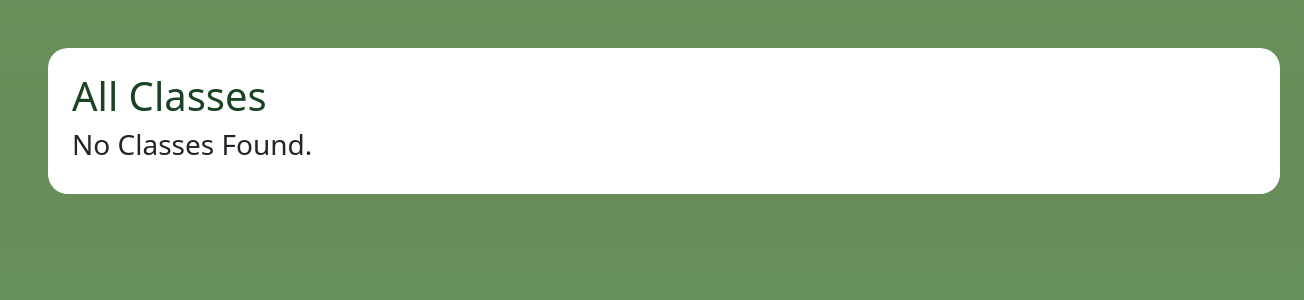
Repository: ronetteguevara/CalTech-ZumbaApp
Page: http://localhost/ZumbaApp/ViewClasses.jsp
The author's editor kept a copy of each file at every save. The page is drawn from the files as they stood at one save, then again after the next save.
The browser window is 1280 px wide. The page is 1304 px wide, so the pictures cover 1304 px, including what lies to the right of the window. The pictures show the whole page.
The page is served by Tomcat 10. Other server files are loaded and not shown. Queries for data that is not in the repository find no rows.

Above is the page before, as saved 2024-05-03 01:49:52.

### ZumbaApp/ZumbaApp/src/main/webapp/ViewClasses.jsp
<%@ page contentType="text/html;charset=UTF-8" language="java" %>
<%@ page import="java.util.ArrayList, com.zumbaapp.servlet.db.DB, com.zumbaapp.servlet.model.Classes" %>
<html>
<head>
    <title>All Classes</title>
<link rel="stylesheet" href="css/bootstrap.css"></link>
<link rel="stylesheet" href="style.css"></link>
</head>
<body class="gradient-background">

        <div class="my-4 mx-4 d-flex justify-content-center col-xl-12 col-lg-12 col-md-12 col-sm-12 col-12">
        <div class="container-fluid mx-4 my-4 px-4 py-4 justify-content-center" style="background-color: white; border-radius: 20px;">
        <h1 class="text-align: center;">All Classes</h1>

        <%
            DB db = new DB();
            ArrayList<Classes> zumbaClasses = db.fetchAllClasses();
            db.closeConnection();


            if (zumbaClasses != null && zumbaClasses.size() > 0) {
                out.print("<table class='table table-hover'>");
                out.print("<thead>");
                out.print("<tr>");
                out.print("<th scope='col'>ID</th>");
                out.print("<th scope='col'>Name</th>");
                out.print("<th scope='col'>Session</th>");
                out.print("<th scope='col'>Date</th>");
                out.print("<th scope='col'>Start Time</th>");
                out.print("<th scope='col'>End Time</th>");
                out.print("<th scope='col'>Location</th>");
                out.print("<th scope='col'>Actions</th>");
                out.print("</tr>");
                out.print("</thead>");
                out.print("<tbody>");


                for (Classes classes : zumbaClasses) {
                    out.print("<tr>");
                    out.print("<td>" + classes.id + "</td>");
                    out.print("<td>" + classes.name + "</td>");
                    out.print("<td>" + classes.session + "</td>");
                    out.print("<td>" + classes.date + "</td>");
                    out.print("<td>" + classes.startTime + "</td>");
                    out.print("<td>" + classes.endTime + "</td>");
                    out.print("<td>" + classes.location + "</td>");
                    out.print("<td><a href='DeleteClasses?id=" + classes.id + "'>Delete</a> | <a href='EditClass.jsp?id=" + classes.id + "'>Edit</a></td>");
                    out.print("</tr>");
                }
                out.print("</tbody>");
                out.print("</table>");
            } else {
                out.print("<h3>No Classes Found.</h3>");
            }

            out.print("</div>");
            out.print("</div>");
        %>

</body>
</html>

### ZumbaApp/ZumbaApp/src/main/java/com/zumbaapp/servlet/db/DB.java
package com.zumbaapp.servlet.db;

import java.sql.Connection;
import java.sql.DriverManager;
import java.sql.PreparedStatement;
import java.sql.ResultSet;
import java.util.ArrayList;

import com.zumbaapp.servlet.model.Classes;
import com.zumbaapp.servlet.model.Participant;

public class DB {

		Connection connection;
		PreparedStatement preparedStatement;

		public DB() {
			try {
				Class.forName("com.mysql.cj.jdbc.Driver");
				System.out.println("[DB] Driver Loaded");

				connection = DriverManager.getConnection("jdbc:mysql://127.0.0.1:3306/zumba_management", "root", "201155876");
				System.out.println("[DB] Connection created");
			}
			catch(Exception e) {
				System.out.println("Something went wrong: " + e);
			}
		}

		public void closeConnection() {
			try {
				connection.close();
				System.out.println("[DB] Connection to DB closed");
			}
			catch(Exception e) {
				System.out.println("Something went wrong: " + e);
			}
		}

		public int addClasses(Classes classes) {
			int result = 0;

			try {
			String sql = "INSERT INTO Classes VALUES (null, ?, ?, ?, ?, ?, ?)";
			preparedStatement = connection.prepareStatement(sql);
			preparedStatement.setString(1, classes.name);
			preparedStatement.setString(2, classes.session);
			preparedStatement.setString(3, classes.date);
			preparedStatement.setString(4, classes.startTime);
			preparedStatement.setString(5, classes.endTime);
			preparedStatement.setString(6, classes.location);

			result = preparedStatement.executeUpdate();

			}
			catch(Exception e) {
				System.out.println("Something went wrong: " + e);
			}
			return result;
		}

		public int addParticipant(Participant participant) {
			int result = 0;

			try {
			String sql = "INSERT INTO Participant VALUES (null, ?, ?, ?, ?, ?)";
			preparedStatement = connection.prepareStatement(sql);
			preparedStatement.setString(1, participant.firstName);
			preparedStatement.setString(2, participant.lastName);
			preparedStatement.setString(3, participant.email);
			preparedStatement.setString(4, participant.phone);
			preparedStatement.setString(5, participant.zumbaClass);

			result = preparedStatement.executeUpdate();

			}
			catch(Exception e) {
				System.out.println("Something went wrong: " + e);
			}
			return result;
		}

		public ArrayList<Classes> fetchAllClasses() {
			ArrayList<Classes> zumbaClasses = new ArrayList<>();
			try {
				String sql = "SELECT * FROM Classes";
				preparedStatement = connection.prepareStatement(sql);

				ResultSet set = preparedStatement.executeQuery();

				while(set.next()) {
					Classes classes = new Classes();
					classes.id = set.getInt(1);
					classes.name = set.getString(2);
					classes.session = set.getString(3);
					classes.date = set.getString(4);
					classes.startTime = set.getString(5);
					classes.endTime = set.getString(6);
					classes.location = set.getString(7);

					zumbaClasses.add(classes);

				}
			}
			catch(Exception e) {
				System.out.println("Something went wrong: " + e);

			}
			return zumbaClasses;
		}

		public ArrayList<Participant> fetchAllParticipants() {
			ArrayList<Participant> zumbaParticipants = new ArrayList<>();
			try {
				String sql = "SELECT * FROM Participant";
				preparedStatement = connection.prepareStatement(sql);

				ResultSet set = preparedStatement.executeQuery();

				while(set.next()) {
					Participant participant = new Participant();
					participant.id = set.getInt(1);
					participant.firstName = set.getString(2);
					participant.lastName = set.getString(3);
					participant.email = set.getString(4);
					participant.phone = set.getString(5);
					participant.zumbaClass = set.getString(6);

					zumbaParticipants.add(participant);
				}
			}
			catch(Exception e) {
				System.out.println("Something went wrong: " + e);

			}
			return zumbaParticipants;
		}

		public int deleteClasses(int id) {
			int result = 0;
			try {
				String sql = "DELETE FROM Classes WHERE id=?";
				preparedStatement = connection.prepareStatement(sql);
				preparedStatement.setInt(1, id);

				preparedStatement.executeUpdate();

				result = preparedStatement.executeUpdate();

			}
			catch(Exception e) {
				System.out.println("Something went wrong: " + e);
			}
			return result;
	}

		public int deleteParticipant(int id) {
			int result = 0;
			try {
				String sql = "DELETE FROM Participant WHERE id=?";
				preparedStatement = connection.prepareStatement(sql);
				preparedStatement.setInt(1, id);

				preparedStatement.executeUpdate();

				result = preparedStatement.executeUpdate();

			}
			catch(Exception e) {
				System.out.println("Something went wrong: " + e);
			}
			return result;
	}

		public Classes fetchClass(int id) {

			Classes classes = new Classes();

			try {
				String sql = "SELECT * FROM Classes WHERE id=?";
				preparedStatement = connection.prepareStatement(sql);
				preparedStatement.setInt(1, id);

				ResultSet set = preparedStatement.executeQuery();

				while(set.next()) {
					classes.id = set.getInt(1);
					classes.name = set.getString(2);
					classes.session = set.getString(3);
					classes.date = set.getString(4);
					classes.startTime = set.getString(5);
					classes.endTime = set.getString(6);
					classes.location = set.getString(7);
				}
			}
			catch(Exception e) {
				System.out.println("Something went wrong: " + e);

			}
			return classes;
		}

		public Participant fetchParticipant(int id) {
			Participant participant = new Participant();
			try {
				String sql = "SELECT * FROM Participant WHERE id=?";
				preparedStatement = connection.prepareStatement(sql);
				preparedStatement.setInt(1, id);

				ResultSet set = preparedStatement.executeQuery();

				while(set.next()) {
					participant.id = set.getInt(1);
					participant.firstName = set.getString(2);
					participant.lastName = set.getString(3);
					participant.email = set.getString(4);
					participant.phone = set.getString(5);
					participant.zumbaClass = set.getString(6);
				}
			}
			catch(Exception e) {
				System.out.println("Something went wrong: " + e);

			}
			return participant;
		}

		public int saveClasses (Classes classes) {
			int result = 0;

			try {
				String sql = "UPDATE Classes SET name = ?, session = ?, date = ?, startTime = ?, endTime = ?, location = ? WHERE id=?";
				preparedStatement = connection.prepareStatement(sql);
				preparedStatement.setString(1, classes.name);
				preparedStatement.setString(2, classes.session);
				preparedStatement.setString(3, classes.date);
				preparedStatement.setString(4, classes.startTime);
				preparedStatement.setString(5, classes.endTime);
				preparedStatement.setString(6, classes.location);
				preparedStatement.setInt(7, classes.id);

				result = preparedStatement.executeUpdate();

			}
			catch(Exception e) {
				System.out.println("Something went wrong: " + e);
			}

			return result;
		}

		public int saveParticipant (Participant participant) {
			int result = 0;

			try {
				String sql = "UPDATE Participant SET firstName = ?, lastName = ?, email = ?, phone = ?, zumbaClass = ? WHERE id=?";
				preparedStatement = connection.prepareStatement(sql);
				preparedStatement.setString(1, participant.firstName);
				preparedStatement.setString(2, participant.lastName);
				preparedStatement.setString(3, participant.email);
				preparedStatement.setString(4, participant.phone);
				preparedStatement.setString(5, participant.zumbaClass);
				preparedStatement.setInt(6, participant.id);

				result = preparedStatement.executeUpdate();

			}
			catch(Exception e) {
				System.out.println("Something went wrong: " + e);
			}

			return result;
		}

}

### ZumbaApp/ZumbaApp/src/main/webapp/style.css
@charset "UTF-8";

.button {
  background-color: #458933;
  border: none;
}

.button:hover {
  background-color: #82c360;
}

a {
  color: #458933;
}

a:hover {
 color: #82c360;
}

a:visited {
  color: #1a4324;
}

h1 {
	color: #1a4324;
}

footer {
	background-color: white;
}

.gradient-background {
  background: linear-gradient(0deg, #74d3ae, #678d58, #a6c48a);
  background-size: 1000% 1000%;

  -webkit-animation: AnimationName 8s ease infinite;
  -moz-animation: AnimationName 8s ease infinite;
  animation: AnimationName 8s ease infinite;
}

@-webkit-keyframes AnimationName {
  0%{background-position:0% 35%}
  50%{background-position:100% 66%}
  100%{background-position:0% 35%}
}
@-moz-keyframes AnimationName {
  0%{background-position:0% 35%}
  50%{background-position:100% 66%}
  100%{background-position:0% 35%}
}
@keyframes AnimationName {
  0%{background-position:0% 35%}
  50%{background-position:100% 66%}
  100%{background-position:0% 35%}

}

Loaded but not shown: ZumbaApp/ZumbaApp/src/main/webapp/css/bootstrap.css (library)

After the next save:
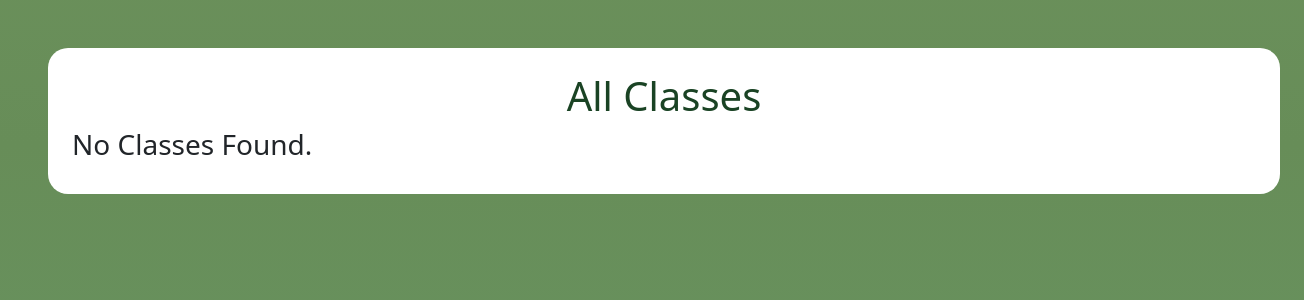
Saved 90 s later.
--- a/ZumbaApp/ZumbaApp/src/main/webapp/ViewClasses.jsp
+++ b/ZumbaApp/ZumbaApp/src/main/webapp/ViewClasses.jsp
@@ -10,7 +10,7 @@
 
         <div class="my-4 mx-4 d-flex justify-content-center col-xl-12 col-lg-12 col-md-12 col-sm-12 col-12">
         <div class="container-fluid mx-4 my-4 px-4 py-4 justify-content-center" style="background-color: white; border-radius: 20px;">
-        <h1 class="text-align: center;">All Classes</h1>
+        <h1 style="text-align: center;">All Classes</h1>
 
         <%
             DB db = new DB();
